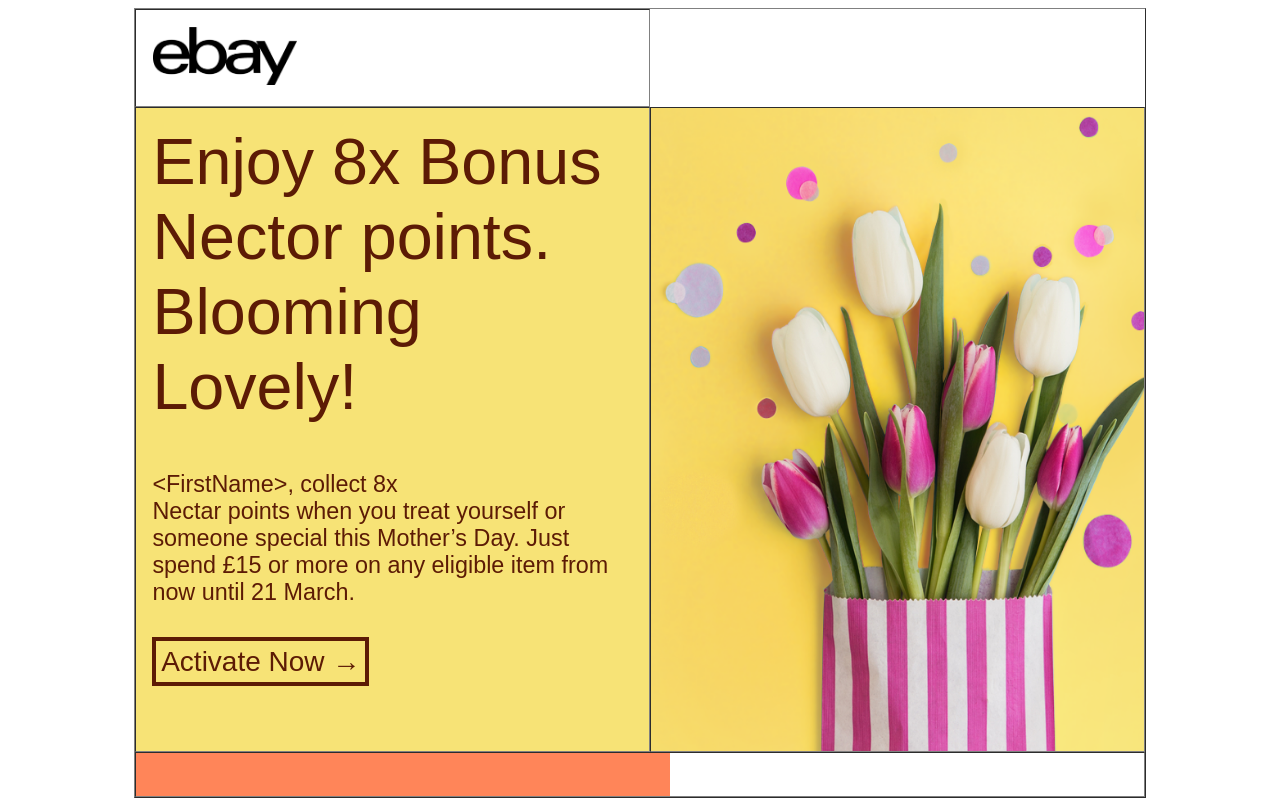
Repository: AnkurDevv/feed-dev-test
Page: index.html
The author's editor kept a copy of each file at every save. The page is drawn from the files as they stood at one save, then again after the next save.
The browser window is 1280 px wide. The pictures show the whole page.

Above is the page before, as saved 2020-03-29 02:17:13.

After the next save:
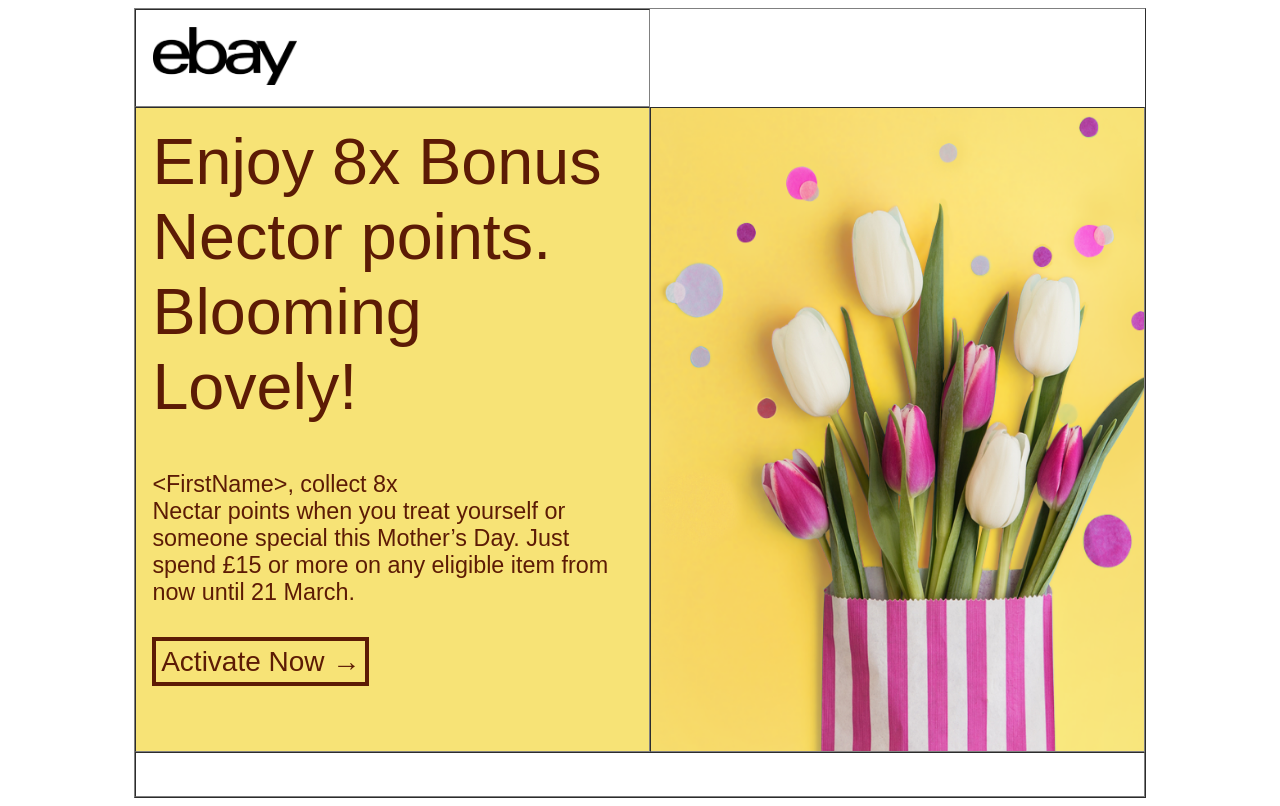
Saved 27 s later.
--- a/index.html
+++ b/index.html
@@ -96,13 +96,13 @@
 
         </span>
         <!-- RECTANGLE 2 -->
-        <div id="divCol2">
+        <span id="divCol2">
 
-        </div>
+        </span>
         <!-- RECTANGLE 3 -->
-        <div id="divCol1">
+        <span id="divCol1">
 
-        </div>
+        </span>
       </td>
     </tr>
     <!-- HERO & EVERDAY ESSENTIALS DIVIDER - END -->

After the save that followed:
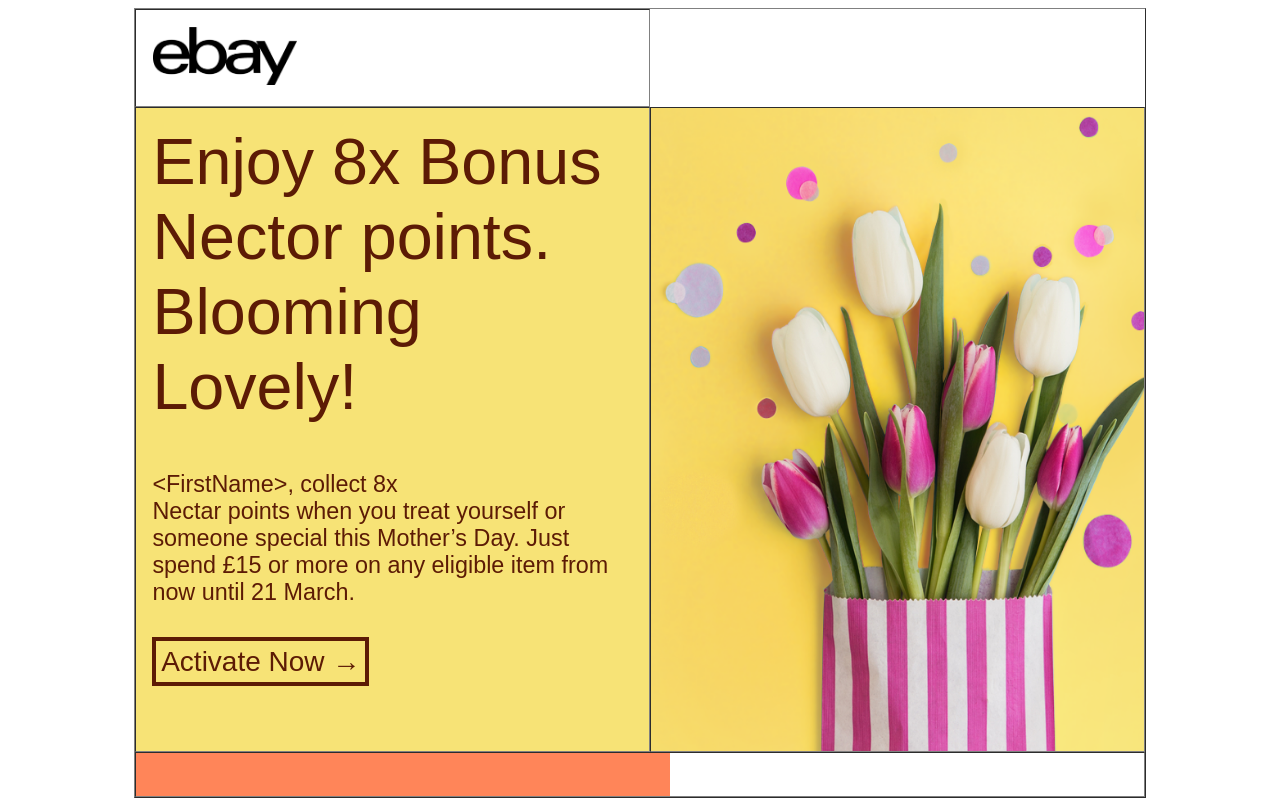
Saved 18 s later.
--- a/index.html
+++ b/index.html
@@ -96,13 +96,13 @@
 
         </span>
         <!-- RECTANGLE 2 -->
-        <span id="divCol2">
+        <div id="divCol2">
 
-        </span>
+        </div>
         <!-- RECTANGLE 3 -->
-        <span id="divCol1">
+        <div id="divCol1">
 
-        </span>
+        </div>
       </td>
     </tr>
     <!-- HERO & EVERDAY ESSENTIALS DIVIDER - END -->
